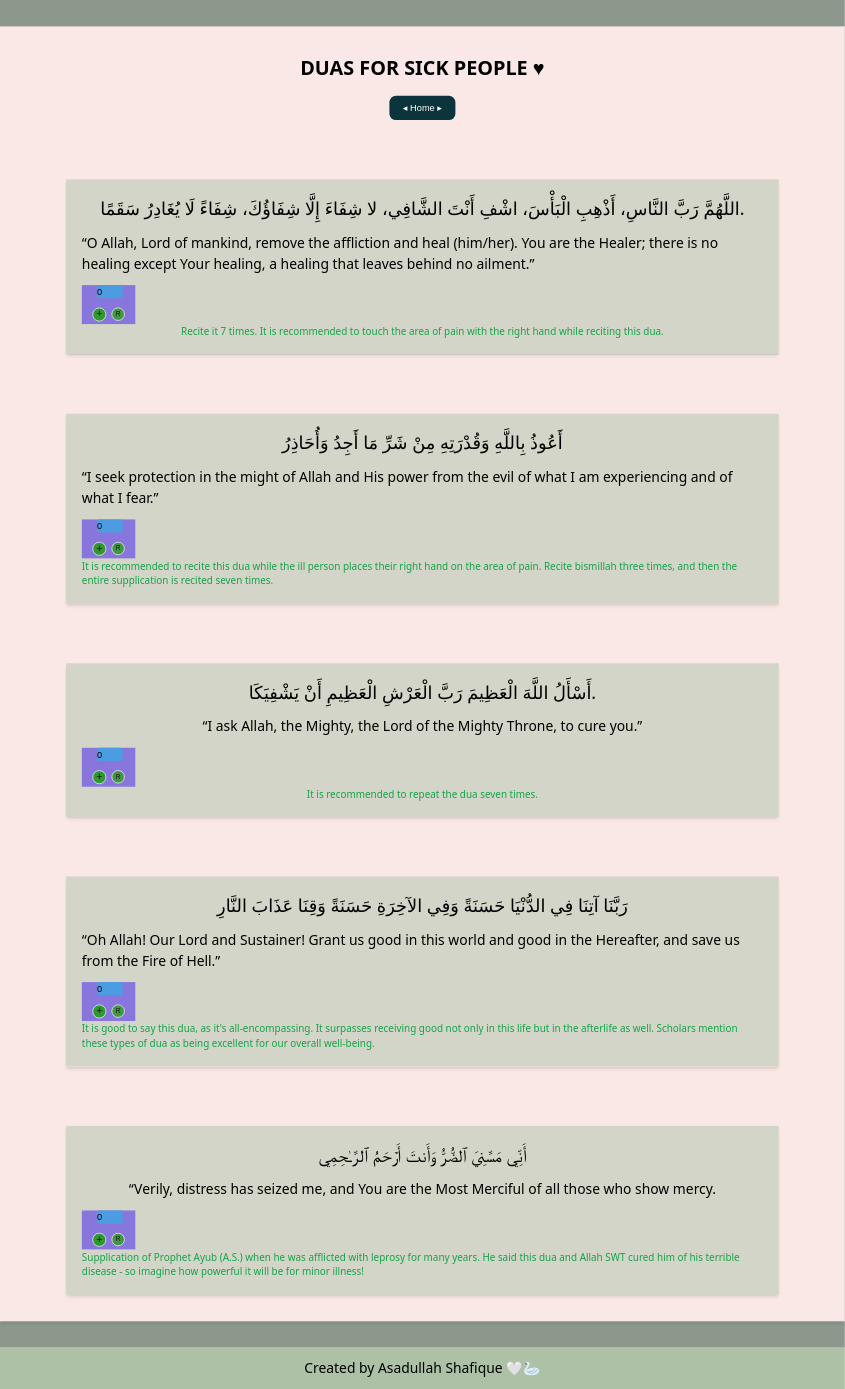
Repository: asadullah48/Duas_Diary
Page: /sick
An editor plug-in stored every save of this project. The page is shown before and after the next save, followed by the edit.
The browser window is 1280 px wide. The pictures show the whole page, at 66% of full size.
The project was rebuilt for these pictures with package versions that can differ from the ones it lists, and the page was loaded fresh each time. The framework's server and built-in components were replaced by stand-ins that run in the browser. Also part of the build but not shown: next.config.ts.

Above is the page before, as saved 2024-11-30 10:24:28.

After the next save:
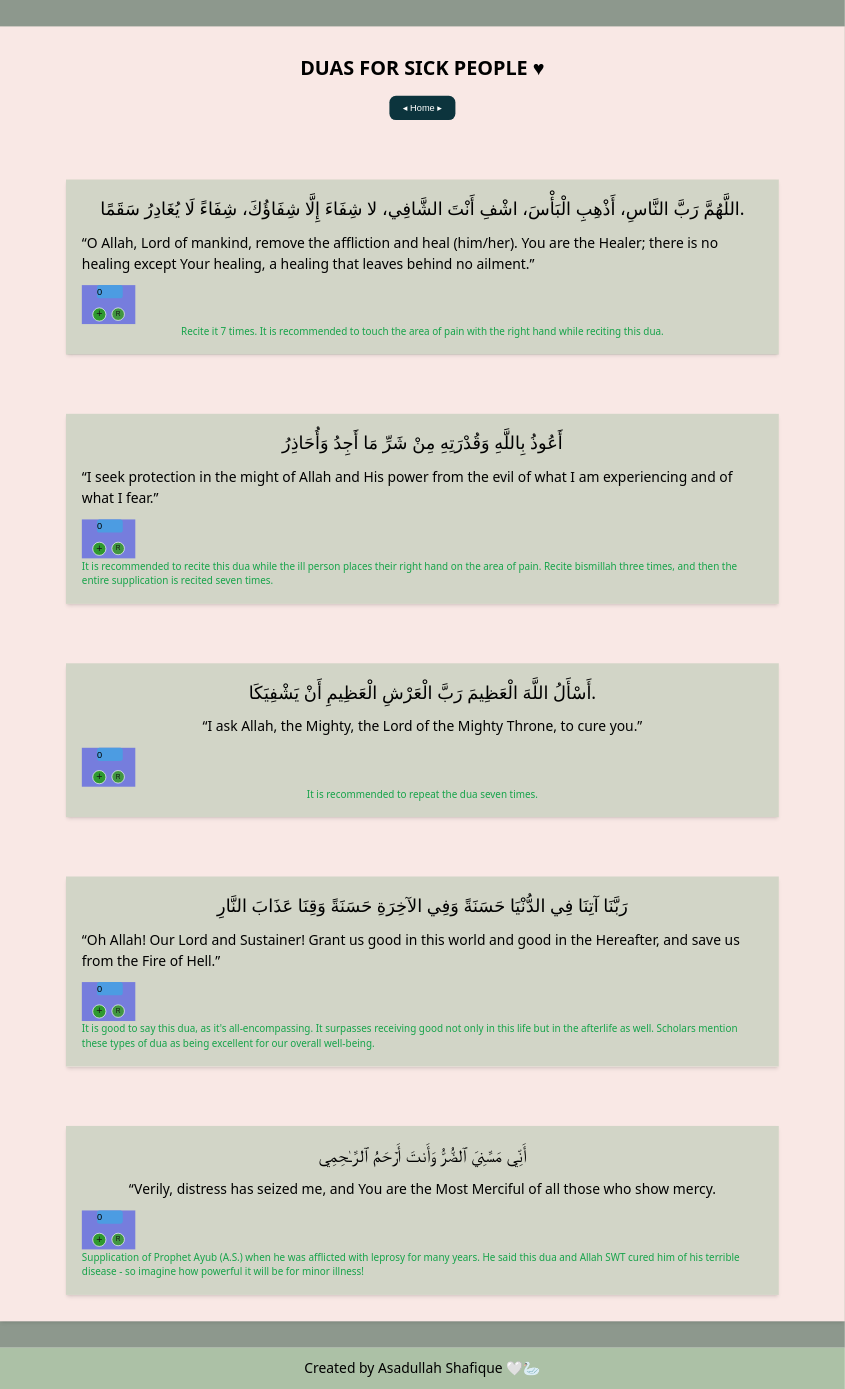
Saved 5 s later.
--- a/src/components/button.tsx
+++ b/src/components/button.tsx
@@ -16,7 +16,7 @@ export default function Button() {
   };
 
   return (
-    <div className="bg-[#7961e2d0] w-[81px] h-[59px] flex flex-col items-center justify-between">
+    <div className="bg-[#616ae2d0] w-[81px] h-[59px] flex flex-col items-center justify-between">
       <p className="text-black w-[39px] flex text-sm bg-[#4c9ce2] rounded ml-1">
         {count}
       </p>
